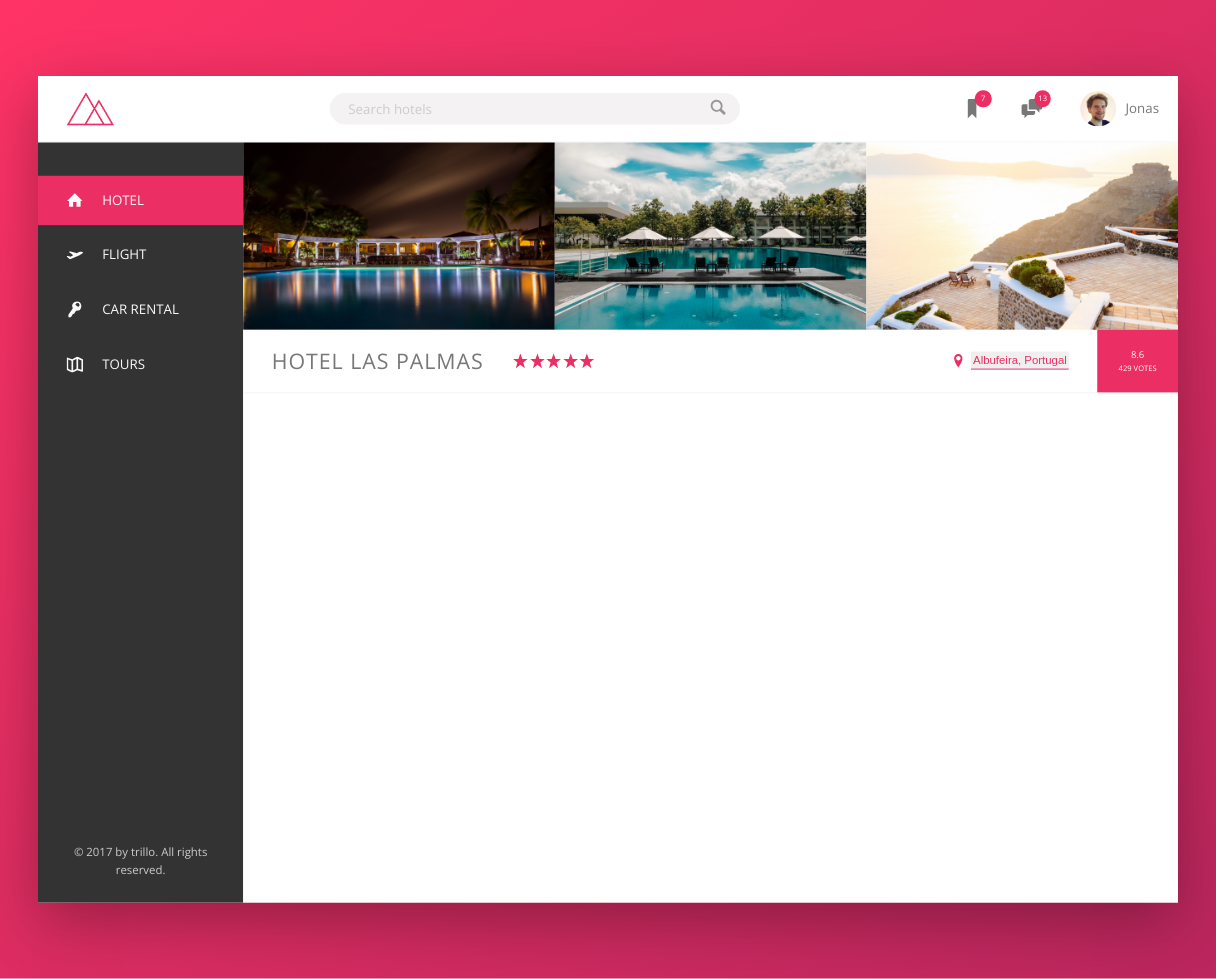
Repository: MalgorzataMazur/Trillo
Page: index.html
An editor plug-in stored every save of this project. The page is shown before and after the next save, followed by the edit.
The browser window is 1280 px wide. The pictures show the whole page, at 95% of full size.
The style sheet was rebuilt from its Sass, Less or Tailwind sources for each picture, by a compiler version that may differ from the author's.

Above is the page before, as saved 2020-03-27 16:16:16.

### index.html
<!DOCTYPE html>
<html lang="en">
    <head>
        <meta charset="UTF-8">
        <meta name="viewport" content="width=device-width, initial-scale=1.0">

        <link href="https://fonts.googleapis.com/css?family=Open+Sans:300,400,600" rel="stylesheet">
        <link rel="stylesheet" href="css/style.css">
        <link rel="shortcut icon" type="image/png" href="img/favicon.png">

        <title>trillo &mdash; Your all-in-one booking app</title>
    </head>
    <body>
        <div class="container">
            <header class="header">
                <img src="img/logo.png" alt="trillo logo" class="logo">

                <form action="#" class="search">
                    <input type="text" class="search__input" placeholder="Search hotels">
                    <button class="search__button">
                        <svg class="search__icon">
                            <use xlink:href="img/sprite.svg#icon-magnifying-glass"></use> <!--include svg -->
                        </svg>
                    </button>
                </form>

                <nav class="user-nav">
                    <div class="user-nav__icon-box">
                        <svg class="user-nav__icon">
                            <use xlink:href="img/sprite.svg#icon-bookmark"></use>
                        </svg>
                        <span class="user-nav__notification">7</span>
                    </div>
                    <div class="user-nav__icon-box">
                        <svg class="user-nav__icon">
                            <use xlink:href="img/sprite.svg#icon-chat"></use>
                        </svg>
                        <span class="user-nav__notification">13</span>
                    </div>
                    <div class="user-nav__user">
                        <img src="img/user.jpg" alt="User photo" class="user-nav__user-photo">
                        <span class="user-nav__user-name">Jonas</span>
                    </div>
                </nav>
            </header>
            <div class="content">
                <nav class="sidebar">
                    <ul class="side-nav">
                        <li class="side-nav__item side-nav__item--active">
                            <a href="#" class="side-nav__link">
                                <svg class="side-nav__icon">
                                    <use xlink:href="img/sprite.svg#icon-home"></use>
                                </svg>
                                <span>Hotel</span>
                            </a>
                        </li>
                        <li class="side-nav__item">
                            <a href="#" class="side-nav__link">
                                <svg class="side-nav__icon">
                                    <use xlink:href="img/sprite.svg#icon-aircraft-take-off"></use>
                                </svg>
                                <span>Flight</span>
                            </a>
                        </li>
                        <li class="side-nav__item">
                            <a href="#" class="side-nav__link">
                                <svg class="side-nav__icon">
                                    <use xlink:href="img/sprite.svg#icon-key"></use>
                                </svg>
                                <span>Car rental</span>
                            </a>
                        </li>
                        <li class="side-nav__item">
                            <a href="#" class="side-nav__link">
                                <svg class="side-nav__icon">
                                    <use xlink:href="img/sprite.svg#icon-map"></use>
                                </svg>
                                <span>Tours</span>
                            </a>
                        </li>
                    </ul>

                    <div class="legal">
                        &copy; 2017 by trillo. All rights reserved. <!-- html entity -->
                    </div>
                </nav>
                <main class="hotel-view">
                    <div class="gallery">
                        <figure class="gallery__item">
                            <img src="img/hotel-1.jpg" alt="Photo of hotel 1" class="gallery__photo">
                        </figure>
                        <figure class="gallery__item">
                            <img src="img/hotel-2.jpg" alt="Photo of hotel 2" class="gallery__photo">
                        </figure>
                        <figure class="gallery__item">
                            <img src="img/hotel-3.jpg" alt="Photo of hotel 3" class="gallery__photo">
                        </figure>
                    </div>

                    <div class="overview">
                        <h1 class="overview__heading">
                            Hotel Las Palmas
                        </h1>

                        <div class="overview__stars">
                            <svg class="overview__icon-star">
                                <use xlink:href="img/sprite.svg#icon-star"></use>
                            </svg>
                            <svg class="overview__icon-star">
                                <use xlink:href="img/sprite.svg#icon-star"></use>
                            </svg>
                            <svg class="overview__icon-star">
                                <use xlink:href="img/sprite.svg#icon-star"></use>
                            </svg>
                            <svg class="overview__icon-star">
                                <use xlink:href="img/sprite.svg#icon-star"></use>
                            </svg>
                            <svg class="overview__icon-star">
                                <use xlink:href="img/sprite.svg#icon-star"></use>
                            </svg>
                        </div>

                        <div class="overview__location">
                            <svg class="overview__icon-location">
                                <use xlink:href="img/sprite.svg#icon-location-pin"></use>
                            </svg>
                            <button class="btn-inline">Albufeira, Portugal</button>
                        </div>

                        <div class="overview__rating">
                            <div class="overiew__rating-average">8.6</div>
                            <div class="overview__rating-count">429 votes</div>
                        </div>
                </main>
            </div>

        </div>
    </body>
</html>

### sass/_base.scss
//variable will be avuialable for entire documents here, global parent of elelemnt
:root { //root pseudoclass the same like ktml but higher specifity //css custom proiperties variables I use here define in declaration bloxk remember
    --color-primary: #eb2f64;
    --color-primary-light: #FF3366;
    --color-primary-dark: #BA265D;

    --color-grey-light-1: #faf9f9;
    --color-grey-light-2: #f4f2f2;
    --color-grey-light-3: #f0eeee;
    --color-grey-light-4: #ccc;

    --color-grey-dark-1: #333;
    --color-grey-dark-2: #777;
    --color-grey-dark-3: #999;

    --shadow-dark: 0 2rem 6rem rgba(0,0,0,.3);

}

* { //first global settings *,htm, body
    margin: 0;
    padding: 0;
}

*,
*::before,
*::after {
    box-sizing: inherit;
}

html {
    box-sizing: border-box;
    font-size: 62.5%; //1rem = 10px, 10px/16px = 62.5%
}

body {
    font-family: 'Open Sans', sans-serif;
    font-weight: 400;
    line-height: 1.6;
    color: var(--color-grey-dark-2);
    background-image: linear-gradient(to right bottom, var(--color-primary-light), var(--color-primary-dark)); //gradient from the left top cornet to right bottom corner
    background-size: cover;
    background-repeat: no-repeat; //default is repeat in css

    min-height: 100vh; //min height but if height can be bigger than that will be simply bigger
}

### sass/_layout.scss
.container {
    max-width: 120rem; //container can decrease if hasn't got enough enough space to display our 120rem,;inaczej 1200px i jesli mniej to zajmie 100% szerokosci portu
    margin: 8rem auto;
    background-color: var(--color-grey-light-1);
    box-shadow: var(--shadow-dark);

    min-height: 50rem;
}

.header {
    font-size: 1.4rem;
    height: 7rem;
    background-color: #fff;
    border-bottom: 1px solid var(--color-grey-light-2);

    display: flex; //cause it is parent element
    justify-content: space-between; // divide empty space between 3 elements
    align-items: center; //wzdłuż osi poprzecznej center
}

.content {
    display: flex;
}

.sidebar {
    background-color: var(--color-grey-dark-1);

    flex: 0 0 18%; //don't want to grow & shrink & we want 18% of width; automatic wil be

    display: flex;
    flex-direction: column; //change the direction of the main axis from left to right to top to bottom
    justify-content: space-between;
}

.hotel-view {
    background-color: #fff;
    ////test
    height: 80rem;

    flex: 1; //by using flex 1 element should grow as much as that can; na tyle ile ma przestrzeni
}

### sass/_components.scss
/////////////////////////////////
////LOGO
.logo {
    height: 3.5rem;
    margin-left: 3rem;
}



/////////////////////////////////
////SEARCH
.search {
    flex: 0 0 40%; //grow shrink occupy

    display: flex;//flex item is becoming flex container,; we center loop icon btn
    align-items: center; //center elem along the cross axis
    justify-content: center; //center elem along the main axis

    &__input {
        font-family: inherit;
        font-size: inherit;
        color: inherit;
        background-color: var(--color-grey-light-2);
        border: none;
        border-radius: 100px;
        padding: .7rem 2rem;
        width: 90%;
        transition: all .2s;
        margin-right: -3.25rem; //this way the btn move on top of input

        &:focus {
            outline: none;
            width: 100%;
            background-color: var(--color-grey-light-3);
        }

        &::-webkit-input-placeholder {
            font-weight: 100;
            color: var(--color-grey-light-4);
        }
    }

    &__input:focus + &__button { //sibling, adjust element; the same backgr color
        background-color: var(--color-grey-light-3);
    }

    &__button {
        border: none;
        background-color: var(--color-grey-light-2);

        &:focus {
            outline: none;
        }

        &:active {
            transform: translate(2px);
        }
    }

    &__icon {
        height: 2rem;
        width: 2rem;
        fill: var(--color-grey-dark-3);
}
}



/////////////////////////////////
////USER NAVIGATION
.user-nav {
    align-self: stretch; //żeby one sie rozciagaly, is like align items but for one individual item; ovverite in header align item center

    display: flex; //flex item on the sam etime is flex container
    align-items: center;

    & > * {
        padding: 0 2rem;
        cursor: pointer;
        display: flex;
        height: 100%;
        align-items: center; //when we hoover thy arent on the top; vertical align
   }

    & > *:hover {
        background-color: var(--color-grey-light-2);
    }

    &__icon-box {
        position: relative;
    }

    &__icon {
        height: 2.25rem;
        width: 2.25rem;
        fill: var(--color-grey-dark-2);
    }

    &__notification {
        font-size: .8rem;
        height: 1.75rem;
        width: 1.75rem;
        border-radius: 50%;
        background-color: var(--color-primary);
        color: #fff;
        position: absolute; //parent elememnt is iconbox relative
        top: 1.5rem;
        right: 1.1rem;

        display: flex;
        justify-content: center;
        align-items: center;
    }

    &__user-photo {
        height: 3.75rem;
        border-radius: 50%;
        margin-right: 1rem;
    }
}



/////////////////////////////////
////SIDE NAVIGATION
.side-nav {
    font-size: 1.4rem;
    list-style: none;
    margin-top: 3.5rem;

    &__item {
        position: relative;

        &:not(:last-child) { //all the items except the last one
            margin-bottom: .5rem;
        }
    }

    &__item::before { //line becpmes invisible which then expands to the right side
        content: "";
        position: absolute;
        top: 0;
        left: 0;
        height: 100%;
        width: 3px;
        background-color: var(--color-primary);
        transform: scaleY(0); //normal state without any hover
        transition: transform .2s, //first transform ghappens during .2s & we wait this time .2s until we start transitioning the width .4s
                    width .4s cubic-bezier(1,0,0,1) .2s,
                    background-color .1s; //we can set diffrent settings for diffrent properties. we can have the staged animations where first the transform happens then the width
    }

    &__item:hover::before,
    &__item--active::before {
        transform: scaleY(1); //only occurs Y direction from top to bottom
        width: 100%;
    }

    &__item:active::before {
        background-color: var(--color-primary-light);
    }

    &__link:link,
    &__link:visited {
        color: var(--color-grey-light-1);
        text-decoration: none;
        text-transform: uppercase;
        display: block;
        padding: 1.5rem 3rem;
        position: relative; //on top of the before elem after hover

        display: flex;
        align-items: center; //ikony równo z napisem z listy
    }

    &__icon {
        width: 1.75rem;
        height: 1.75rem;
        margin-right: 2rem;
        fill: currentColor; //means color ofthe current elelemnt or the parent element
    }
}



/////////////////////////////////
////LEGAL TEXT
.legal {
    font-size: 1.2rem;
    color: var(--color-grey-light-4);
    text-align: center;
    padding: 2.5rem;
}



/////////////////////////////////
////SIDE NAVIGATION
.gallery {
    display: flex;

    &__photo {
        width: 100%;
        display: block;
    }
}



/////////////////////////////////
////SIDE NAVIGATION
.overview {
    display: flex; // justify-content: space-between; //evenly distribute all the elements along the main axis
    align-items: center;
    border-bottom: 1px solid var(--color-grey-light-2);

    &__heading {
        font-size: 2.25rem;
        font-weight: 300;
        text-transform: uppercase;
        letter-spacing: 1px;
        padding: 1.5rem 3rem;
    }

    &__stars {
        // flex: 1;
        margin-right: auto; //we created the space without actually stretching out this entire element; element only occypying the space that it needs here
        display: flex;    }

    &__icon-star,
    &__icon-location {
        width: 1.75rem;
        height: 1.75rem;
        fill: var(--color-primary);
    }

    &__location {
        font-size: 1.2rem;
        display: flex;
        align-items: center;
    }

    &__icon-location {
        margin-right: .5rem;
    }

    &__rating {
        background-color: var(--color-primary);
        color: #fff;
        margin-left: 3rem;
        padding: 0 2.25rem;
        align-self: stretch; //occupy all the space that it has available

        display: flex;
        flex-direction: column;
        align-items: center;
        justify-content: center;
    }

    &__rating-average {
        font-size: 2.25rem;
        font-weight: 300;
        margin-bottom: -3px;
    }

    &__rating-count {
        font-size: .8rem;
        text-transform: uppercase;
    }
}



/////////////////////////////////
////BUTTON-LINE
.btn-inline {
    border: none;
    color: var(--color-primary);
    font-size: inherit;
    border-bottom: 1px solid currentColor;
    padding: 2px;
    display: inline-block;
    background-clip: transparent;
    cursor: pointer;
    transition: all .2s;

    &:hover {
        color: var(--color-grey-dark-1); //when hover the border becomes the exact same color as the tex
    }

    &:focus {
        outline: none;
        animation: pulsate 1s infinite;
    }
}

@keyframes pulsate {
    0% { //normal state
        transform: scale(1);
        box-shadow: none;
    }

    50% { //scale a little bit
        transform: scale(1.05);
        box-shadow: 0 1rem 4rem rgba(0,0,0,.25);
    }

    100% { //back to the normal
        transform: scale(1);
        box-shadow: none;
    }
}

Loaded but not shown: sass/main.scss (common file)

After the next save:
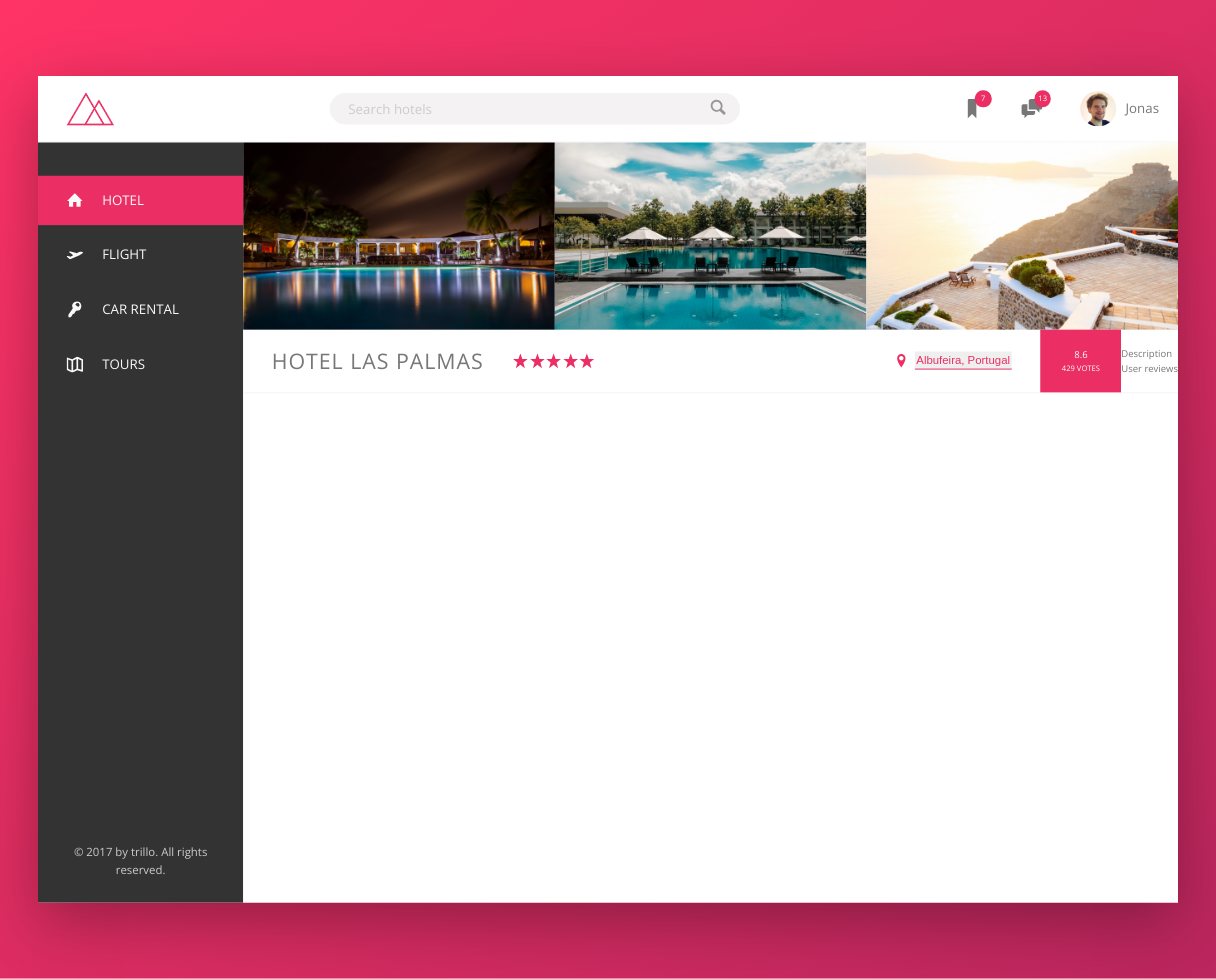
Saved 111 min 14 s later.
--- a/index.html
+++ b/index.html
@@ -84,6 +84,8 @@
                         &copy; 2017 by trillo. All rights reserved. <!-- html entity -->
                     </div>
                 </nav>
+
+
                 <main class="hotel-view">
                     <div class="gallery">
                         <figure class="gallery__item">
@@ -131,6 +133,16 @@
                             <div class="overiew__rating-average">8.6</div>
                             <div class="overview__rating-count">429 votes</div>
                         </div>
+
+                        <div class="detail">
+                            <div class="decription">
+                                Description
+                            </div>
+
+                            <div class="user-reviews">
+                                User reviews
+                            </div>
+                        </div>
                 </main>
             </div>
 
